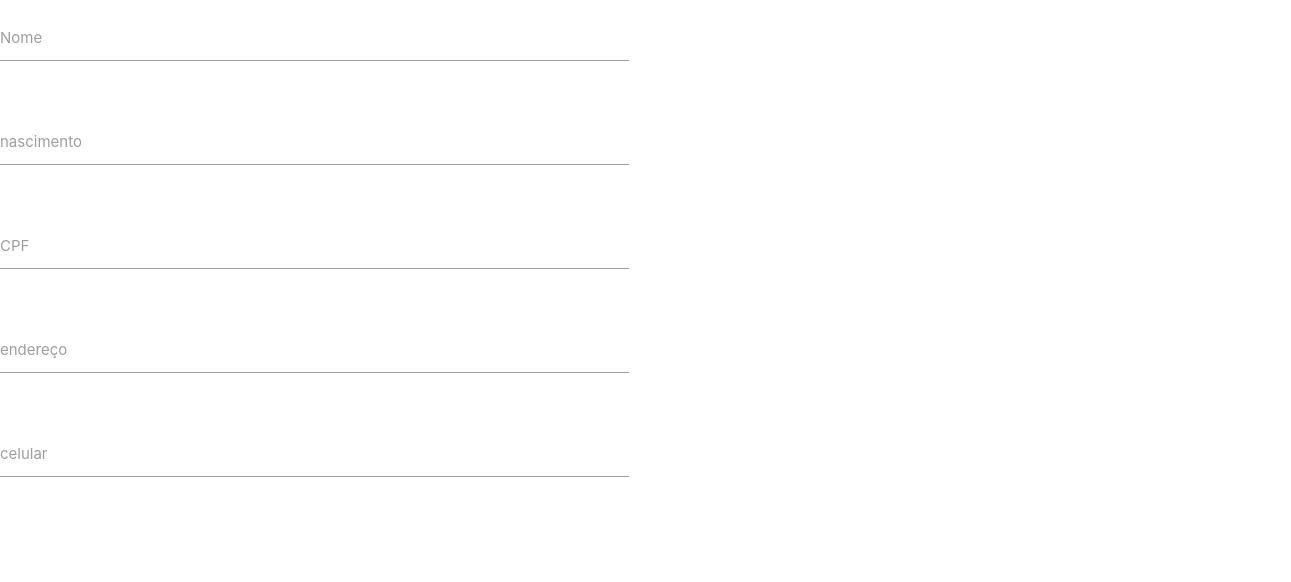
Repository: luizasilveira/TechWeb
Page: Projeto1/techWebP1/WebContent/register.html
The author's editor kept a copy of each file at every save. The page is drawn from the files as they stood at one save, then again after the next save.
The browser window is 1280 px wide. The page is 1291 px wide, so the pictures cover 1291 px, including what lies to the right of the window. The pictures show the whole page.

Above is the page before, as saved 2019-09-08 16:44:10.

### Projeto1/techWebP1/WebContent/register.html
<!DOCTYPE html>
<html>
<head>
<meta charset="ISO-8859-1">
<title>HOME</title>
<!--Import Google Icon Font-->
<link href="https://fonts.googleapis.com/icon?family=Material+Icons"
	rel="stylesheet">
<!--Import materialize.css-->
<link rel="stylesheet"
	href="https://cdnjs.cloudflare.com/ajax/libs/materialize/1.0.0/css/materialize.min.css">
</head>

<body>
	<form action="./ClientRegister" method="POST" class="col s12">
		<div class="row">
			<div class="input-field col s6">
				<input id="Nome" type="text" class="validate"> <label
					for="first_name">Nome </label>
			</div>
		</div>
		<div class="row">
			<div class="input-field col s6">
				<input id="nascimento" type="text" class="validate"> <label
					for="nascimento">nascimento</label>
			</div>
		</div>
		<div class="row">
			<div class="input-field col s6">
				<input id="CPF" type="text" class="validate"> <label
					for="CPF">CPF</label>
			</div>
		</div>
		<div class="row">
			<div class="input-field col s6">
				<input id="endereço" type="text" class="validate"> <label
					for="endereço">endereço</label>
			</div>
		</div>
		<div class="row">
			<div class="input-field col s6">
				<input id="celular" type="text" class="validate"> <label
					for="celular">celular</label>
			</div>
		</div>
	</form>

	<script src="https://code.jquery.com/jquery-1.12.0.min.js"></script>
	<script
		src="https://cdnjs.cloudflare.com/ajax/libs/materialize/1.0.0/js/materialize.min.js"></script>





</body>
</html>

After the next save:
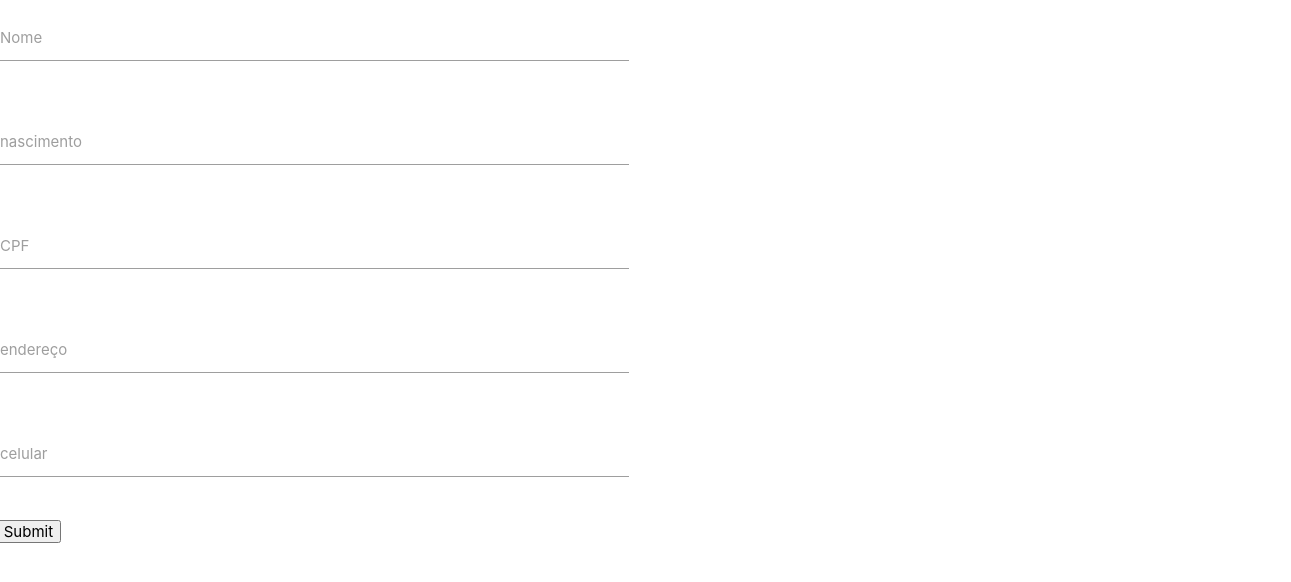
Saved 3 min 43 s later.
--- a/Projeto1/techWebP1/WebContent/register.html
+++ b/Projeto1/techWebP1/WebContent/register.html
@@ -43,6 +43,9 @@
 					for="celular">celular</label>
 			</div>
 		</div>
+		<div class="row">
+				"<input type='submit' value='Submit'>
+		</div>
 	</form>
 
 	<script src="https://code.jquery.com/jquery-1.12.0.min.js"></script>
